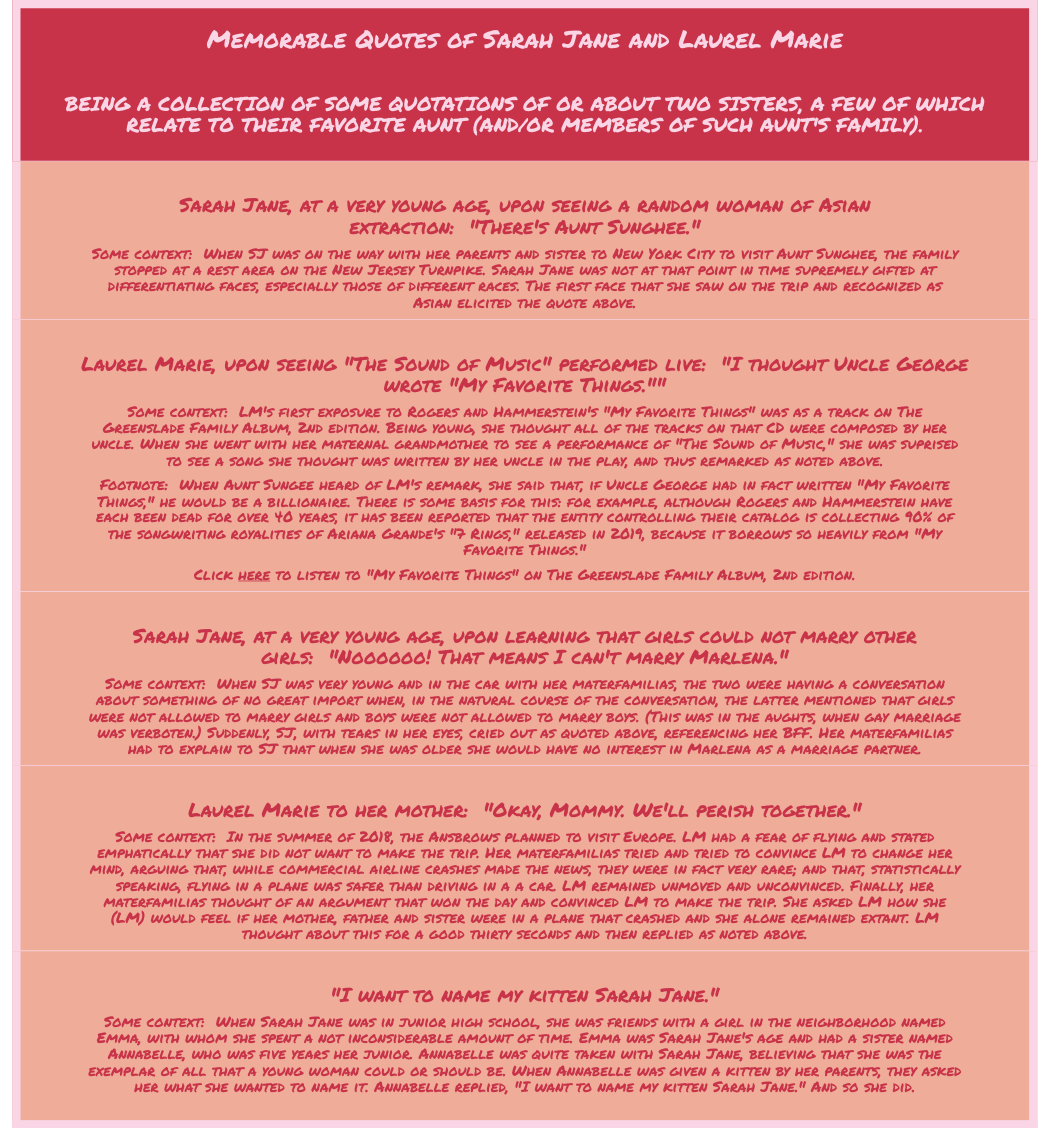
Repository: George2916/Sarah-Jane-and-Laurel-Marie
Page: quotes.html
The author's editor kept a record of every edit. The page is drawn from the files as they stood at one moment, then again after the next edit.
The browser window is 1280 px wide. The pictures show the whole page, at 82% of full size.

Above is the page before.
Console error: TypeError: Cannot read properties of null (reading 'style')

After the next edit:
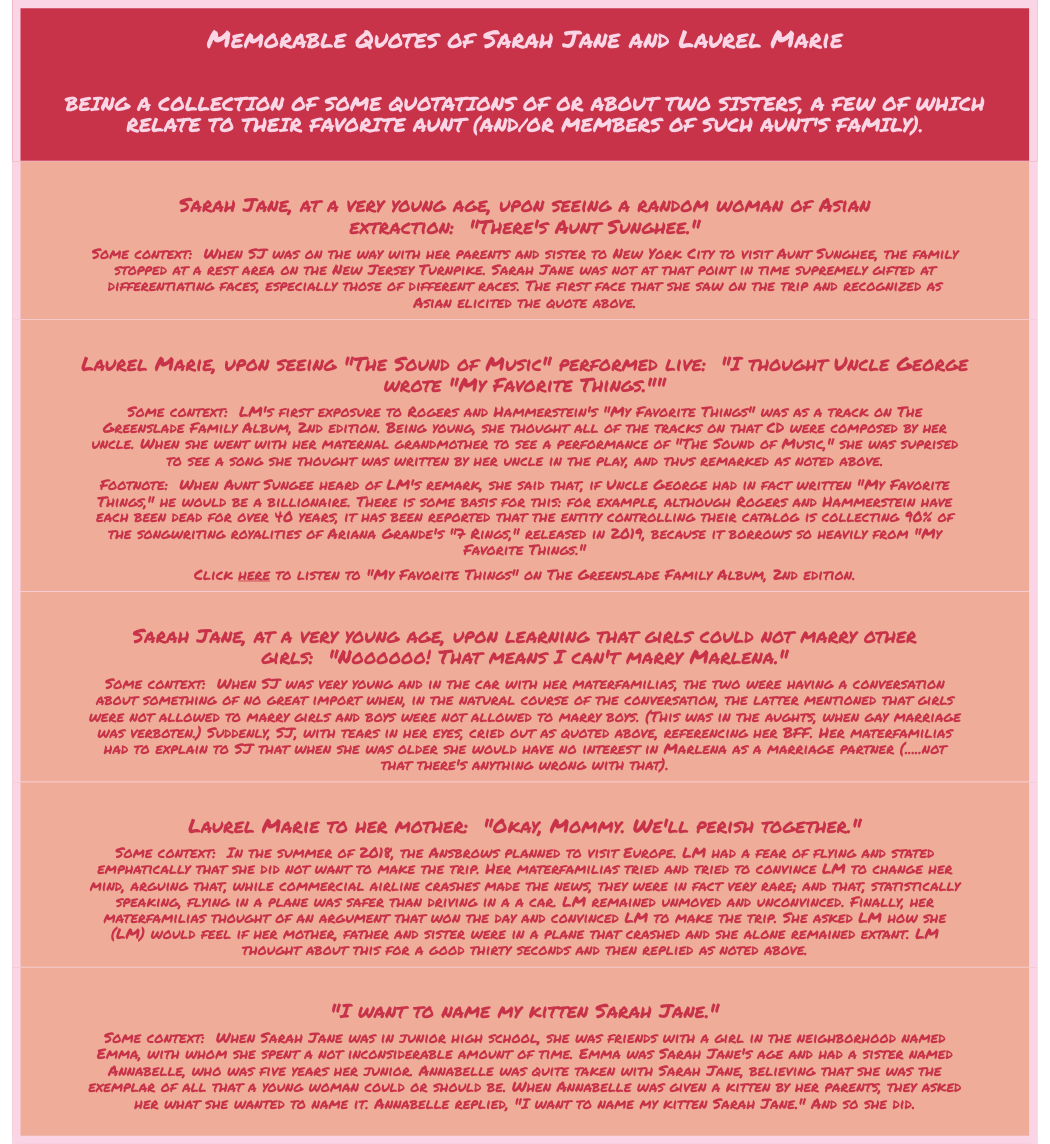
The edit:
--- a/quotes.html
+++ b/quotes.html
@@ -58,7 +58,7 @@
 
       <div class="col-xs-12">
         <h3 class="qText1">Sarah Jane, at a very young age, upon learning that girls could not marry other girls:&nbsp;&nbsp;"Noooooo! That means I can't marry Marlena."</h3>
-        <h4 class="qText2">Some context:&nbsp;&nbsp;When SJ was very young and in the car with her materfamilias, the two were having a conversation about something of no great import when, in the natural course of the conversation, the latter mentioned that girls were not allowed to marry girls and boys were not allowed to marry boys.  (This was in the aughts, when gay marriage was verboten.)  Suddenly, SJ, with tears in her eyes, cried out as quoted above, referencing her BFF. Her materfamilias had to explain to SJ that when she was older she would have no interest in Marlena as a marriage partner.</h4>
+        <h4 class="qText2">Some context:&nbsp;&nbsp;When SJ was very young and in the car with her materfamilias, the two were having a conversation about something of no great import when, in the natural course of the conversation, the latter mentioned that girls were not allowed to marry girls and boys were not allowed to marry boys.  (This was in the aughts, when gay marriage was verboten.)  Suddenly, SJ, with tears in her eyes, cried out as quoted above, referencing her BFF. Her materfamilias had to explain to SJ that when she was older she would have no interest in Marlena as a marriage partner (.....not that there's anything wrong with that).</h4>
       </div>
 
       </div><!--/third row-->
